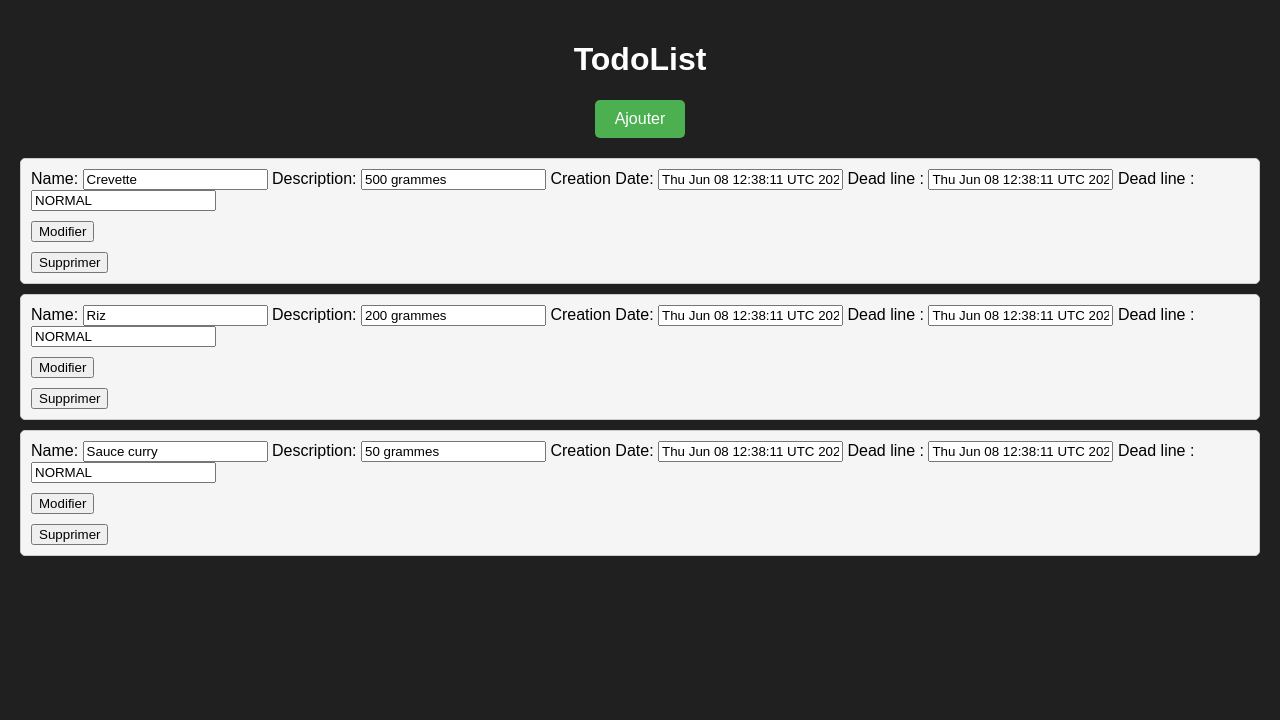
Repository: HugoGit-Hub/TodoList
Page: http://localhost/todo-list/TodoList
The author's editor kept a copy of each file at every save. The page is drawn from the files as they stood at one save, then again after the next save.
The browser window is 1280 px wide. The pictures show the whole page.
The page is served by Tomcat 9. Other server files are loaded and not shown.

Above is the page before, as saved 2023-06-08 17:16:13.

### todo-list/src/main/webapp/jsp/todoList.jsp
<%@page import="java.util.ArrayList"%>
<%@page import="java.util.List"%>
<%@page import="fr.keyce.todo_list.model.Todo"%>
<%@page import="java.util.Map"%>
<%@taglib prefix="c" uri="http://java.sun.com/jsp/jstl/core"%>
<%@ page language="java" contentType="text/html; charset=UTF-8"
    pageEncoding="UTF-8"%>
<!DOCTYPE html>
<html>
	<head>
		<meta charset="UTF-8">
		<title>TodoList</title>
		<link href="../css/style.css" rel="stylesheet" type="text/css">
	</head>
	<body>
		<div>
			<h1>TodoList</h1>

			<div class="add-button">
				<c:url var="todoCreateUrl" value="/TodoCreate"/>
				<a href="${todoCreateUrl}">Ajouter</a>
			</div>

			<c:forEach items="${getAllTodo}" var="todo">
				<div class="todo-list">
    				<div class="todo-item">
						<form method="post" action="http://localhost:8080/todo-list/TodoList">
							<input type="text" id="id" name="id" value="${todo.getId()}" hidden="true">

							<label for="name">Name:</label>
							<input type="text" id="name" name="name" value="${todo.getName()}">

					 		<label for="description">Description:</label>
							<input type="text" id="description" name="description" value="${todo.getDescription()}">

							<label for="creationDate">Creation Date:</label>
							<input type="text" id="creationDate" name="creationDate" value="${todo.getCreationDate()}">

							<label for="deadLine">Dead line :</label>
							<input type="text" id="deadLine" name="deadLine" value="${todo.getDeadLine()}">

							<label for="priority">Dead line :</label>
							<input type="text" id="priority" name="priority" value="${todo.getPriority()}">
					 		<div class="buttons">
								<input type="submit" name="action" value="Modifier">
							</div>
						</form>

					 	<form method="post" action="http://localhost:8080/todo-list/TodoList">
							<input type="hidden" name="id" value="${todo.getId()}">
							<div class="buttons">
								<input type="submit" name="action" value="Supprimer">
							</div>
						</form>
					</div>
				</div>
			</c:forEach>
		</div>
	</body>
	<style>
    body {
      font-family: Arial, sans-serif;
      margin: 0;
      padding: 20px;
      background-color: #202020;
    }

    h1 {
      text-align: center;
      color: white;
    }

    .todo-item {
      margin-bottom: 10px;
      padding: 10px;
      border: 1px solid #ccc;
      border-radius: 5px;
      background-color: #f5f5f5;
    }

    .todo-item h2 {
      margin-top: 0;
    }

    .todo-item p {
      margin: 0;
    }

    .todo-item .buttons {
      margin-top: 10px;
    }

    .todo-item .buttons button {
      margin-right: 5px;
    }

    .add-button {
      text-align: center;
      margin-bottom: 20px;
    }

    .add-button a {
      display: inline-block;
      padding: 10px 20px;
      background-color: #4CAF50;
      color: #fff;
      text-decoration: none;
      border-radius: 5px;
    }
  </style>
</html>

### todo-list/src/main/java/fr/keyce/todo_list/controllers/TodoListServlet.java
package fr.keyce.todo_list.controllers;

import java.io.IOException;
import java.text.ParseException;
import java.text.SimpleDateFormat;
import java.util.Date;
import java.util.List;

import javax.servlet.RequestDispatcher;
import javax.servlet.ServletException;
import javax.servlet.annotation.WebServlet;
import javax.servlet.http.HttpServlet;
import javax.servlet.http.HttpServletRequest;
import javax.servlet.http.HttpServletResponse;

import fr.keyce.todo_list.model.Priority;
import fr.keyce.todo_list.model.Todo;
import fr.keyce.todo_list.services.TodoService;
import fr.keyce.todo_list.services.Impl.TodoServiceImpl;

@WebServlet(name = "TodoListServlet", urlPatterns = "/TodoList")
public class TodoListServlet extends HttpServlet {
	private static final long serialVersionUID = 1L;

	private TodoService todoService = TodoServiceImpl.getInstance();

	protected void doGet(HttpServletRequest request, HttpServletResponse response) throws ServletException, IOException {
		System.out.println(request.getRequestURI() + " > forward vers /jsp/todoList.jsp");
		List<Todo> todos = this.todoService.findAll();
		RequestDispatcher requestDispatcher = request.getRequestDispatcher("/jsp/todoList.jsp");
		request.setAttribute("getAllTodo", todos);

		requestDispatcher.forward(request, response);
	}

	protected void doPost(HttpServletRequest request, HttpServletResponse response) throws ServletException, IOException {
		String id = request.getParameter("id");
		String action = request.getParameter("action");

		switch (action) {
			case "Supprimer": {
				todoService.delete(Integer.parseInt(id));
				response.sendRedirect("http://localhost:8080/todo-list/TodoList");
				break;
			}
			case "Modifier":{
				Todo update = new Todo();

				String idTodo = request.getParameter("id");
				update.setId(Integer.parseInt(idTodo));

				String name = request.getParameter("name");
				update.setName(name);

				String description = request.getParameter("description");
				update.setDescription(description);

				String creationDate = request.getParameter("creationDate");
				try {
					Date convertDate = new SimpleDateFormat("dd/MM/yyyy").parse(creationDate);
					update.setCreationDate(convertDate);
				} catch (ParseException e) {
					e.printStackTrace();
				}

				String deadLine = request.getParameter("deadLine");
				try {
					Date convertDate = new SimpleDateFormat("dd/MM/yyyy").parse(deadLine);
					update.setDeadLine(convertDate);
				} catch (ParseException e) {
					e.printStackTrace();
				}

				String priority = request.getParameter("priority");
				switch (priority) {
					case "LOW": {
						update.setPriority(Priority.LOW);
					}
					case "NORMAL": {
						update.setPriority(Priority.NORMAL);
					}
					case "HIGH": {
						update.setPriority(Priority.HIGH);
					}
				}
				todoService.update(update);
				response.sendRedirect("http://localhost:8080/todo-list/TodoList");
				break;
			}
			default:
				throw new IllegalArgumentException("Unexpected value: ");
		}
	}
}

### todo-list/src/main/java/fr/keyce/todo_list/services/Impl/TodoServiceImpl.java
package fr.keyce.todo_list.services.Impl;

import java.util.List;

import fr.keyce.todo_list.dao.TodoDao;
import fr.keyce.todo_list.dao.db.TodoDaoDb;
import fr.keyce.todo_list.model.Todo;
import fr.keyce.todo_list.services.TodoService;

public class TodoServiceImpl implements TodoService {

	private final static TodoServiceImpl INSTANCE = new TodoServiceImpl();

	private TodoServiceImpl() {};

	public static TodoServiceImpl getInstance() {
		return INSTANCE;
	}

	private TodoDao todoDao = TodoDaoDb.getInstance();

	@Override
	public List<Todo> findAll() {
		return this.todoDao.findAll();
	}

	@Override
	public void delete(Integer id) {
		this.todoDao.delete(id);
	}

	@Override
	public Todo update(Todo todo) {
		return this.todoDao.update(todo);
	}

	@Override
	public Todo create(Todo todo) {
		return this.todoDao.create(todo);
	}

}

### todo-list/src/main/java/fr/keyce/todo_list/dao/TodoDao.java
package fr.keyce.todo_list.dao;

import java.util.List;

import fr.keyce.todo_list.model.Todo;

public interface TodoDao {
	public List<Todo> findAll();
	public void delete(Integer id);
	public Todo update(Todo todo);
	public Todo create(Todo todo);
}

### todo-list/src/main/java/fr/keyce/todo_list/dao/db/TodoDaoDb.java
package fr.keyce.todo_list.dao.db;

import java.util.List;

import fr.keyce.todo_list.dao.TodoDao;
import fr.keyce.todo_list.db.Database;
import fr.keyce.todo_list.model.Todo;

public class TodoDaoDb implements TodoDao {

	private final static TodoDaoDb INSTANCE = new TodoDaoDb();

	private TodoDaoDb() {};

	public static TodoDaoDb getInstance() {
		return INSTANCE;
	}

	private Database database = Database.getInstance();

	@Override
	public List<Todo> findAll() {
		return this.database.selectAll();
	}

	@Override
	public void delete(Integer id) {
		this.database.delete(id);
	}

	@Override
	public Todo update(Todo todo) {
		return this.database.update(todo);
	}

	@Override
	public Todo create(Todo todo) {
		return this.database.create(todo);
	}
}

### todo-list/src/main/java/fr/keyce/todo_list/db/Database.java
package fr.keyce.todo_list.db;

import java.util.ArrayList;
import java.util.Date;
import java.util.List;
import java.util.Map;
import java.util.TreeMap;

import fr.keyce.todo_list.model.Priority;
import fr.keyce.todo_list.model.Todo;

public class Database {

	private final static Database INSTANCE = new Database();

	private Map<Integer, Todo> map;

	private Database() {
		this.map = new TreeMap<Integer, Todo>();
		Todo todoCrevette = Todo.create(1, "Crevette", "500 grammes", new Date(), new Date(), Priority.NORMAL);
		this.map.put(todoCrevette.getId(), todoCrevette);
		Todo todoRiz = Todo.create(2, "Riz", "200 grammes", new Date(), new Date(), Priority.NORMAL);
		this.map.put(todoRiz.getId(), todoRiz);
		Todo todoSauceCurry = Todo.create(3, "Sauce curry", "50 grammes", new Date(), new Date(), Priority.NORMAL);
		this.map.put(todoSauceCurry.getId(), todoSauceCurry);
	}

	public static Database getInstance() {
		return INSTANCE;
	}

	public List<Todo> selectAll(){
		var value = this.map.values();
		return new ArrayList<>(value);
	}

	public void delete(Integer id) {
		map.remove(id);
	}

	public Todo update(Todo todo) {
		return map.put(todo.getId(), todo);
	}

	public Todo create(Todo todo) {
		Integer id = map.size() + 1;
		return map.put(id, todo);
	}
}

### todo-list/src/main/java/fr/keyce/todo_list/model/Priority.java
package fr.keyce.todo_list.model;

public enum Priority {

	LOW, NORMAL, HIGH

}

### todo-list/src/main/java/fr/keyce/todo_list/model/Todo.java
package fr.keyce.todo_list.model;

import java.util.Date;

public class Todo {

	private Integer id;

	private String name;

	private String description;

	private Date creationDate;

	private Date deadLine;

	private Priority priority;

	public Todo() {}

	public Integer getId() {
		return id;
	}

	public void setId(Integer id) {
		this.id = id;
	}

	public String getName() {
		return name;
	}

	public void setName(String name) {
		this.name = name;
	}

	public String getDescription() {
		return description;
	}

	public void setDescription(String description) {
		this.description = description;
	}

	public Date getCreationDate() {
		return creationDate;
	}

	public void setCreationDate(Date creationDate) {
		this.creationDate = creationDate;
	}

	public Date getDeadLine() {
		return deadLine;
	}

	public void setDeadLine(Date deadLine) {
		this.deadLine = deadLine;
	}

	public Priority getPriority() {
		return priority;
	}

	public void setPriority(Priority priority) {
		this.priority = priority;
	}

	public final static Todo create(Integer id, String name, String description, Date creationDate, Date deadLine, Priority priority) {
		Todo todo = new Todo();
		todo.id = id;
		todo.name = name;
		todo.description = description;
		todo.creationDate = creationDate;
		todo.deadLine = deadLine;
		todo.priority = priority;
		return todo;
	}
}

### todo-list/src/main/webapp/css/style.css
@charset "UTF-8";

    body {
      font-family: Arial, sans-serif;
      margin: 0;
      padding: 20px;
      background-color: #202020;
    }

    h1 {
      text-align: center;
      color: white;
    }

    .todo-item {
      margin-bottom: 10px;
      padding: 10px;
      border: 1px solid #ccc;
      border-radius: 5px;
      background-color: #f5f5f5;
    }

    .todo-item h2 {
      margin-top: 0;
    }

    .todo-item p {
      margin: 0;
    }

    .todo-item .buttons {
      margin-top: 10px;
    }

    .todo-item .buttons button {
      margin-right: 5px;
    }

    .add-button {
      text-align: center;
      margin-bottom: 20px;
    }

    .add-button a {
      display: inline-block;
      padding: 10px 20px;
      background-color: #4CAF50;
      color: #fff;
      text-decoration: none;
      border-radius: 5px;
    }

After the next save:
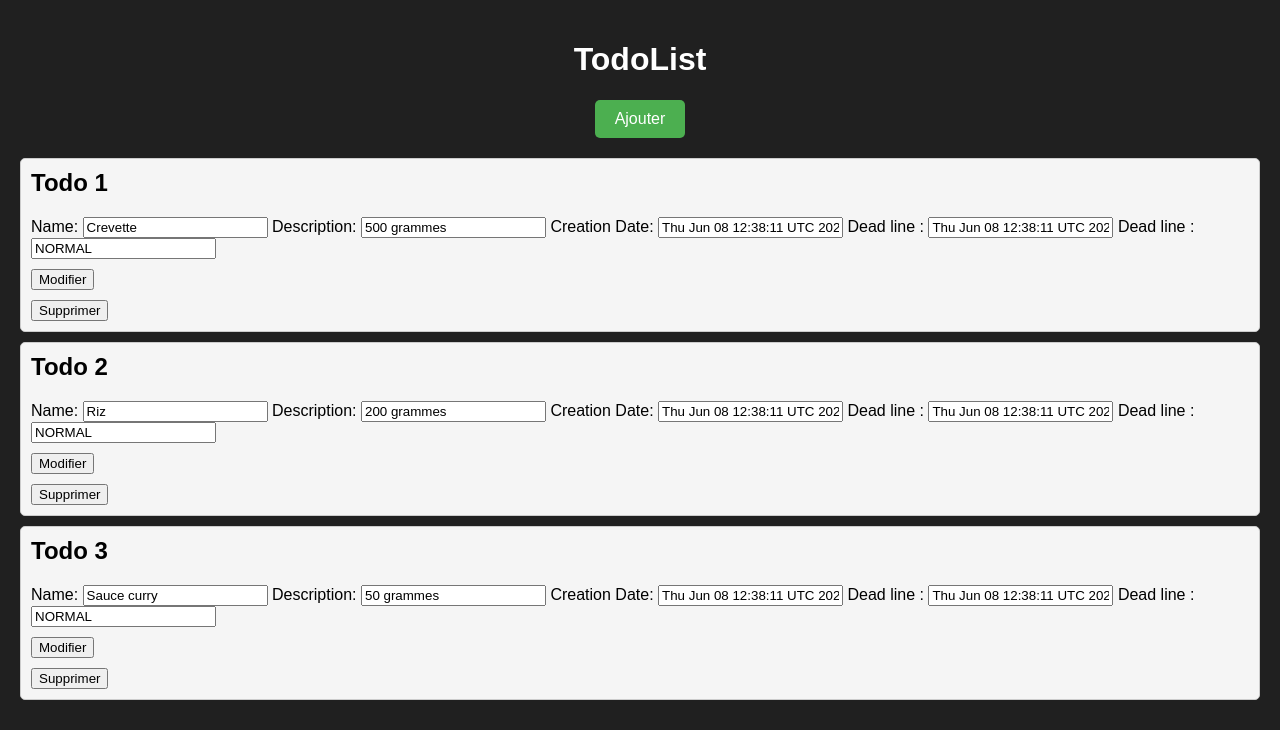
Saved 22 s later.
--- a/todo-list/src/main/webapp/jsp/todoList.jsp
+++ b/todo-list/src/main/webapp/jsp/todoList.jsp
@@ -25,6 +25,7 @@
 				<div class="todo-list">
     				<div class="todo-item">
 						<form method="post" action="http://localhost:8080/todo-list/TodoList">
+							<h2>Todo ${todo.getId()}</h2>
 							<input type="text" id="id" name="id" value="${todo.getId()}" hidden="true">
 
 							<label for="name">Name:</label>
